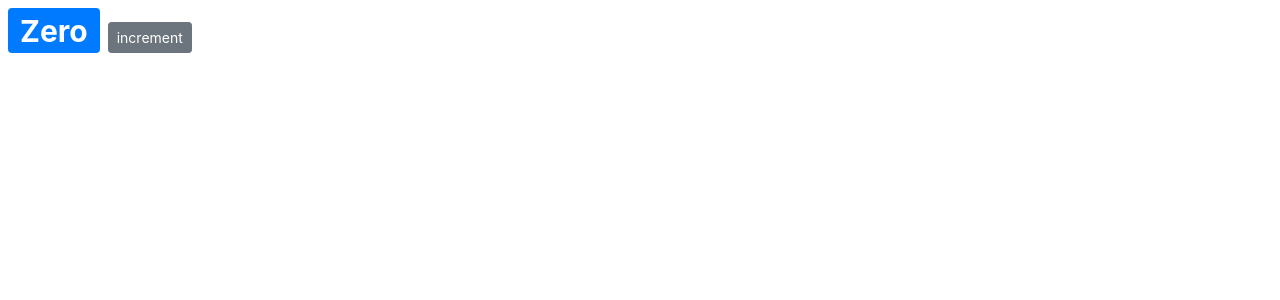
Repository: AvinashLikesToLearnNewStuff/Counter_app
Page: /
The author's editor kept a copy of each file at every save. The page is drawn from the files as they stood at one save, then again after the next save.
The browser window is 1280 px wide. The pictures show the whole page.
The project was rebuilt for these pictures with package versions that can differ from the ones it lists, and the page was loaded fresh each time. Also part of the build but not shown: src/components/navbar.jsx, src/App.css, src/App.js. Imported but missing from the stored project, and not drawn on this page: src/components/counters.

Above is the page before, as saved 2023-02-27 16:12:11.

### src/index.js
import React from "react";
import ReactDOM from "react-dom/client";
import "./index.css";
import App from "./App";
import reportWebVitals from "./reportWebVitals";
import Counter from "./components/counter";
import "bootstrap/dist/css/bootstrap.css";

const root = ReactDOM.createRoot(document.getElementById("root"));
root.render(
  <React.StrictMode>
    <Counter />
  </React.StrictMode>
);

// If you want to start measuring performance in your app, pass a function
// to log results (for example: reportWebVitals(console.log))
// or send to an analytics endpoint. Learn more: https://bit.ly/CRA-vitals
reportWebVitals();

### src/components/counter.jsx
import React, { Component } from "react";

class Counter extends Component {
  state = {
    count: 0,
    imageUrl: "https://picsum.photos/200",
  };

  render() {
    return (
      <div>
        <span style={{ fontSize: 30 }} className="badge badge-primary m-2">
          {this.formatCount()}
        </span>
        <button className="btn btn-secondary btn-sm">increment</button>
      </div>
    );
  }

  formatCount() {
    const { count } = this.state;
    return count === 0 ? "Zero" : count;
  }
}

export default Counter;

Loaded but not shown: public/index.html (common file); src/index.css (common file); src/reportWebVitals.js (common file)

After the next save:
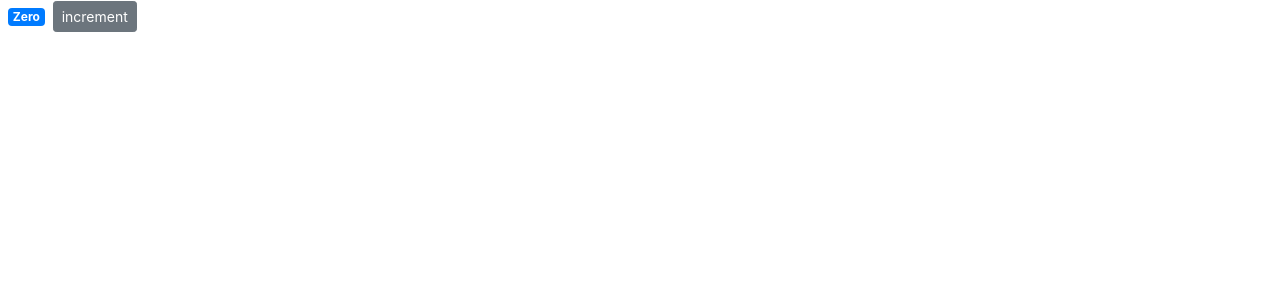
Saved 2 min 12 s later.
--- a/src/components/counter.jsx
+++ b/src/components/counter.jsx
@@ -9,9 +9,7 @@ class Counter extends Component {
   render() {
     return (
       <div>
-        <span style={{ fontSize: 30 }} className="badge badge-primary m-2">
-          {this.formatCount()}
-        </span>
+        <span className="badge badge-primary m-2">{this.formatCount()}</span>
         <button className="btn btn-secondary btn-sm">increment</button>
       </div>
     );
